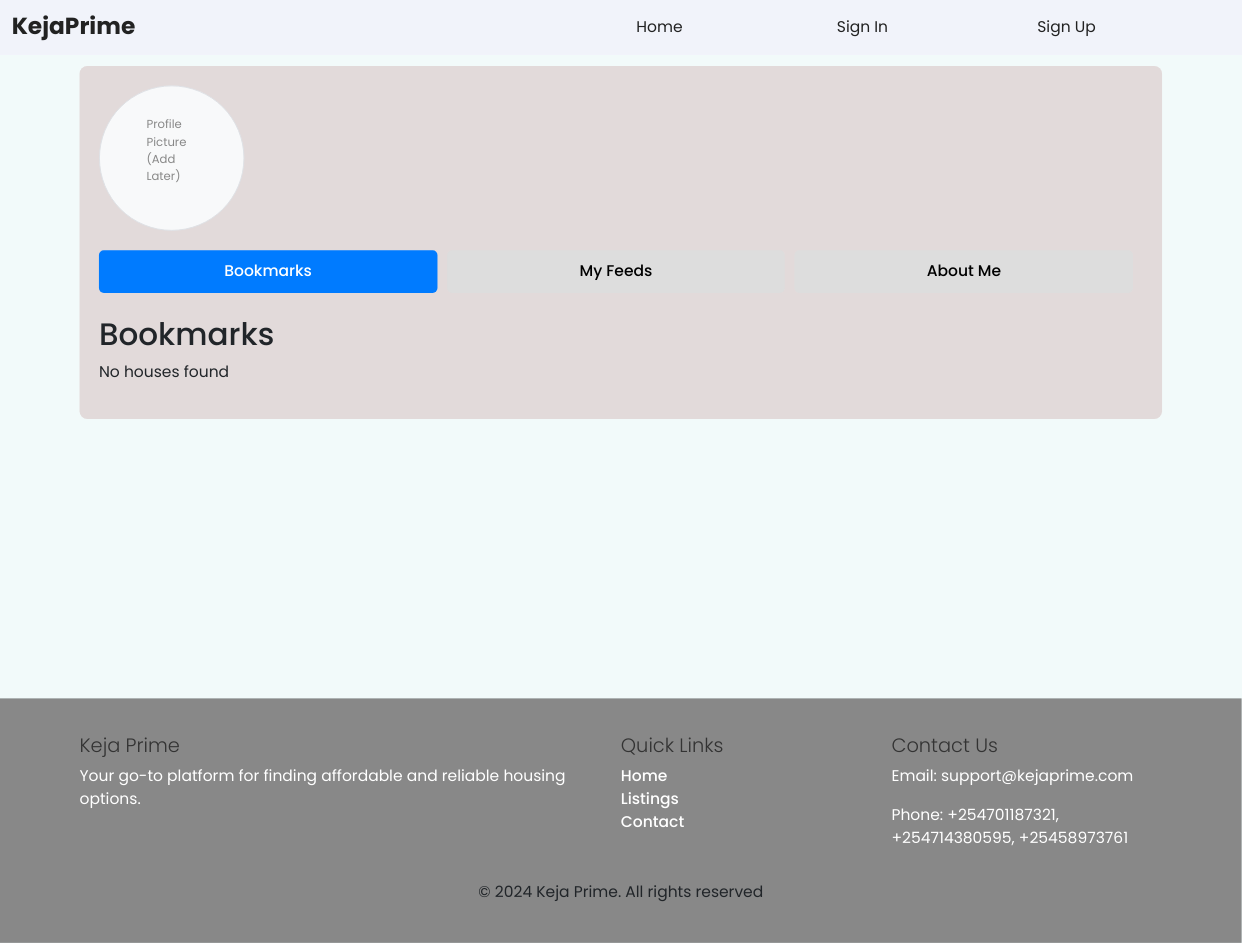
Repository: Pascal7601/kejaPrime
Page: /profile (app in frontend/)
These files come from the project's save history. The page is drawn as it stood at one moment and after a run of saves; the edit follows.
The browser window is 1280 px wide. The pictures show the whole page, at 97% of full size.
The page's requests for data from a server got no answer. The project was rebuilt for these pictures with package versions that can differ from the ones it lists, and the page was loaded fresh each time. No one was signed in, and anything a server would have sent is missing. Also part of the build but not shown: frontend/vite.config.js, frontend/src/styles/HeroSection.css, frontend/src/components/HeroSection.jsx, frontend/src/pages/Home.jsx, frontend/src/components/Houses.jsx, frontend/src/pages/Listings.jsx, frontend/src/styles/PostHouse.css, frontend/src/pages/PostHouse.jsx and 10 more.

Above is the page before, as saved 2024-10-22 11:13:51.

After the next 2 saves:
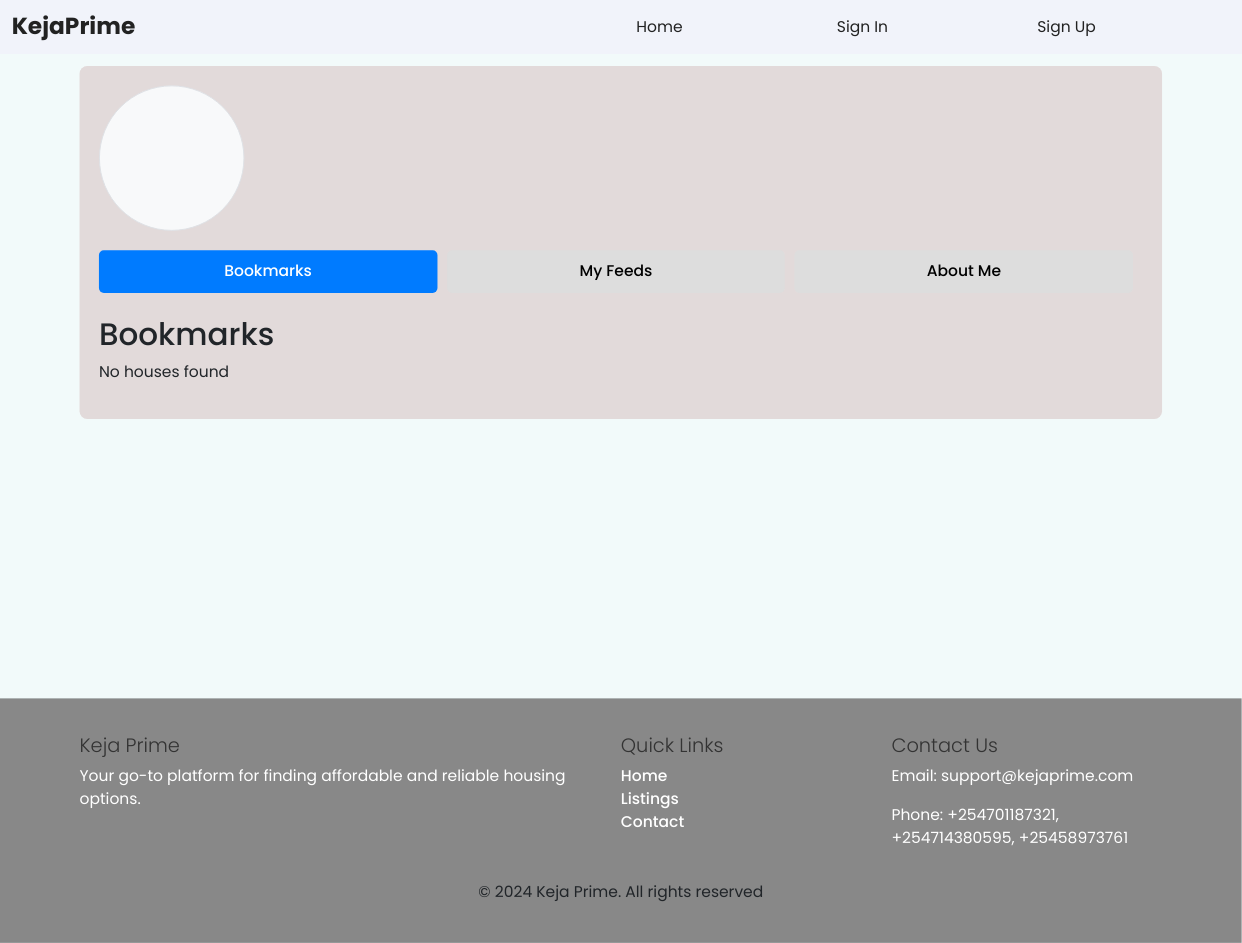
The 2 saves are shown as one change because they came seconds apart.
The last was saved 6 min 37 s later.
--- a/frontend/src/components/Profile.jsx
+++ b/frontend/src/components/Profile.jsx
@@ -206,8 +206,7 @@
         <div className={`right-panel ${!userType ? 'full-width' : ''}`}>
           <div className="profile-header">
             <div className='profile-picture-placeholder border rounded-circle p-5 bg-light'>
-              <p>Profile Picture (Add Later)</p>
-            </div>
+                          </div>
           </div>
           {/* Navigation Tabs */}
           <div className="profile-tabs mb-4">

After the 3 saves that followed:
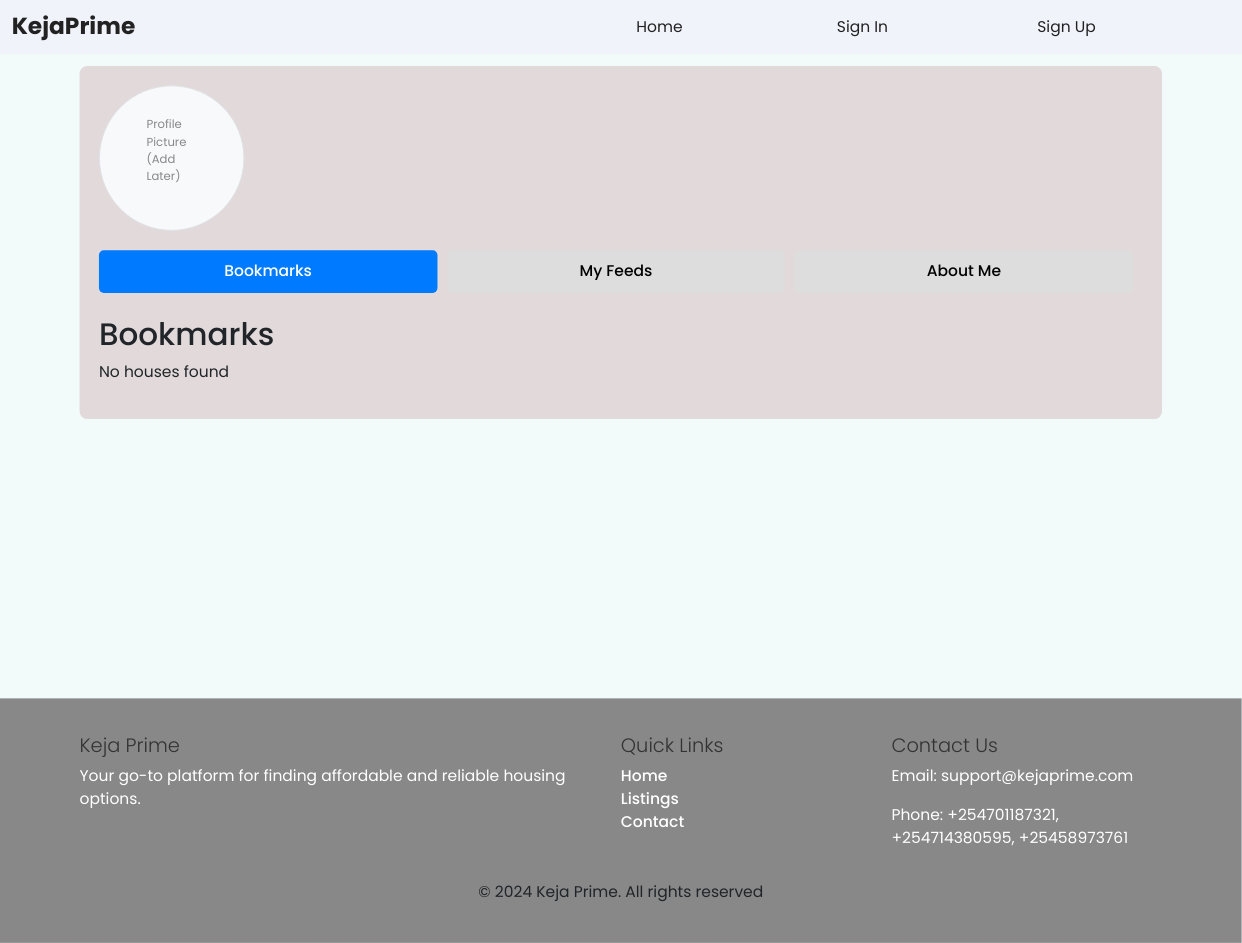
The 3 saves are shown as one change because 1 left the picture as it was and some came seconds apart.
The last was saved 47 s later.
--- a/frontend/src/components/Profile.jsx
+++ b/frontend/src/components/Profile.jsx
@@ -206,7 +206,8 @@
         <div className={`right-panel ${!userType ? 'full-width' : ''}`}>
           <div className="profile-header">
             <div className='profile-picture-placeholder border rounded-circle p-5 bg-light'>
-                          </div>
+              <p>Profile Picture (Add Later)</p>
+            </div>
           </div>
           {/* Navigation Tabs */}
           <div className="profile-tabs mb-4">
